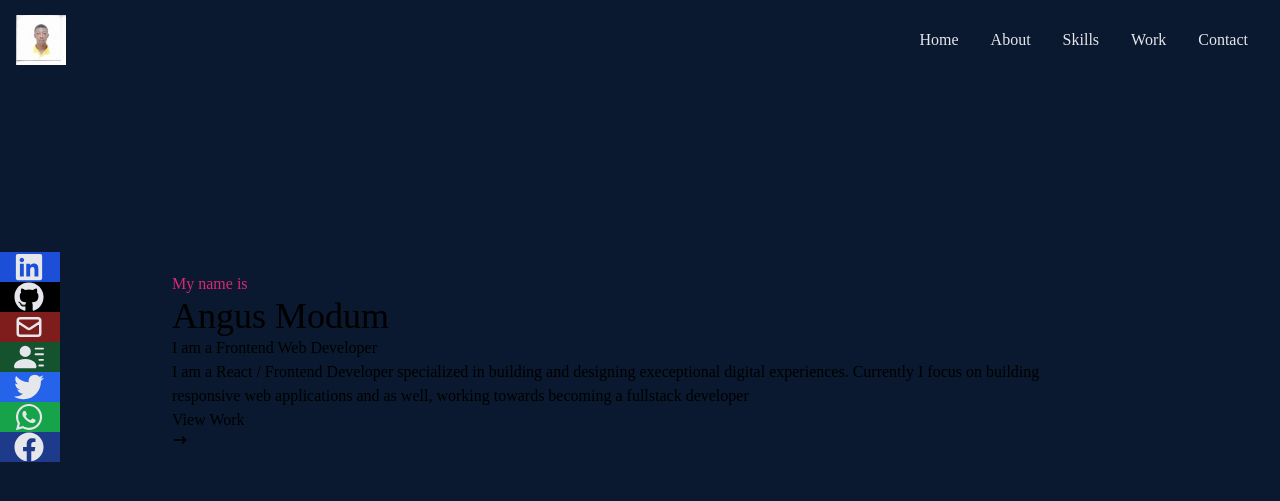
Repository: AngusOnyebuchi/Dashboard
Page: /
An editor plug-in stored every save of this project. The page is shown before and after the next save, followed by the edit.
The browser window is 1280 px wide. The pictures show the whole page.
The project was rebuilt for these pictures with package versions that can differ from the ones it lists, and the page was loaded fresh each time.

Above is the page before, as saved 2022-04-13 22:23:18.

### public/index.html
<!DOCTYPE html>
<html lang="en">
  <head>
    <meta charset="utf-8" />
    <link rel="icon" href="%PUBLIC_URL%/favicon.ico" />
    <meta name="viewport" content="width=device-width, initial-scale=1" />
    <meta name="theme-color" content="#000000" />
    <meta
      name="description"
      content="Web site created using create-react-app"
    />
    <link rel="apple-touch-icon" href="%PUBLIC_URL%/logo192.png" />
    <!--
      manifest.json provides metadata used when your web app is installed on a
      user's mobile device or desktop. See https://developers.google.com/web/fundamentals/web-app-manifest/
    -->
    <link rel="manifest" href="%PUBLIC_URL%/manifest.json" />
    <!--
      Notice the use of %PUBLIC_URL% in the tags above.
      It will be replaced with the URL of the `public` folder during the build.
      Only files inside the `public` folder can be referenced from the HTML.

      Unlike "/favicon.ico" or "favicon.ico", "%PUBLIC_URL%/favicon.ico" will
      work correctly both with client-side routing and a non-root public URL.
      Learn how to configure a non-root public URL by running `npm run build`.
    -->
    <title>Tenzies Game</title>
  </head>
  <body>
    <noscript>You need to enable JavaScript to run this app.</noscript>
    <div id="root"></div>
    <!--
      This HTML file is a template.
      If you open it directly in the browser, you will see an empty page.

      You can add webfonts, meta tags, or analytics to this file.
      The build step will place the bundled scripts into the <body> tag.

      To begin the development, run `npm start` or `yarn start`.
      To create a production bundle, use `npm run build` or `yarn build`.
    -->
  </body>
</html>

### src/index.js
import React from "react";
import ReactDOM from "react-dom";
import "./style.css"
import App from "./App";

ReactDOM.render(<App/>, document.getElementById("root"))

### src/style.css
@tailwind base;
@tailwind components;
@tailwind utilities;

@layer base {
    body{
        @apply font-[Railway];
    }
    li {
        @apply px-4;
        @apply cursor-pointer;
    }
}

### src/App.js
import React from "react";
import NavBar from "./components/NavBar"
import Home from "./components/Home"

export default function App() {
    return (
        <div>
          <NavBar/>
          <Home/>
        </div>
    )
}

### src/components/NavBar.js
import React, {useState} from "react";
import {FaBars, FaTimes, FaGithub, FaFacebook, FaTwitter, FaWhatsapp, FaLinkedin} from "react-icons/fa"
import {HiOutlineMail} from "react-icons/hi"
import {BsFillPersonLinesFill} from "react-icons/bs"
import Logo from "../images/passport.jpg"

export default function NavBar() {

  const [nav, setNav] = useState(true)
  const handleClick = () => setNav(!nav)
  return(
    <div className="fixed w-full h-[80px] flex justify-between items-center px-4 bg-[#0a192f] text-gray-200 ">

       <div>
          <img src={Logo} alt="Logo Image" style={{width: "50px"}}/>
       </div>

         {/* Menu */}
         <ul className="hidden md:flex">
            <li>Home</li>
            <li>About</li>
            <li>Skills</li>
            <li>Work</li>
            <li>Contact</li>
         </ul>

       {/* Hamburger */}
       <div onClick={handleClick} className="md:hidden z-10">
          {nav ? <FaBars/> : <FaTimes/>}
       </div>

       {/* Mobile menu*/}
       <ul className={nav ? "hidden" : "absolute top-0 left-0 w-full h-screen bg-inherit flex flex-col justify-center items-center md:hidden"}>
            <li className="py-6 text-4xl">Home</li>
            <li className="py-6 text-4xl">About</li>
            <li className="py-6 text-4xl">Skills</li>
            <li className="py-6 text-4xl">Work</li>
            <li className="py-6 text-4xl">Contact</li>
       </ul>

       {/**Social Icons */}
       <div className="hidden lg:flex fixed flex-col top-[35%] left-0">
         <ul>

           <li className="w-[160px] h-60px flex justify-between items-center ml-[-100px] hover:ml-[-10px] duration-300 bg-blue-700">
             <a className="flex justify-between items-center w-full text-gray-200 "
                href="/">
               LinkedIn <FaLinkedin size={30}/>
             </a>
           </li>

           <li className="w-[160px] h-60px flex justify-between items-center ml-[-100px] hover:ml-[-10px] duration-300 bg-black">
             <a className="flex justify-between items-center w-full text-gray-200 "
                href="/">
               Github <FaGithub size={30}/>
             </a>
           </li>

           <li className="w-[160px] h-60px flex justify-between items-center ml-[-100px] hover:ml-[-10px] duration-300 bg-red-900">
             <a className="flex justify-between items-center w-full text-gray-200 "
                href="/">
               Email <HiOutlineMail size={30}/>
             </a>
           </li>

           <li className="w-[160px] h-60px flex justify-between items-center ml-[-100px] hover:ml-[-10px] duration-300 bg-green-900">
             <a className="flex justify-between items-center w-full text-gray-200 "
                href="/">
               Resume <BsFillPersonLinesFill size={30}/>
             </a>
           </li>

           <li className="w-[160px] h-60px flex justify-between items-center ml-[-100px] hover:ml-[-10px] duration-300 bg-blue-600">
             <a className="flex justify-between items-center w-full text-gray-200 "
                href="/">
               Twitter <FaTwitter size={30}/>
             </a>
           </li>

           <li className="w-[160px] h-60px flex justify-between items-center ml-[-100px] hover:ml-[-10px] duration-300 bg-green-600">
             <a className="flex justify-between items-center w-full text-gray-200 "
                href="/">
               Whatsapp <FaWhatsapp size={30}/>
             </a>
           </li>

           <li className="w-[160px] h-60px flex justify-between items-center ml-[-100px] hover:ml-[-10px] duration-300 bg-blue-900">
             <a className="flex justify-between items-center w-full text-gray-200 "
                href="/">
               Facebook <FaFacebook size={30}/>
             </a>
           </li>

         </ul>
       </div>

    </div>
  )
}

### src/components/Home.js
import React from "react";
import { HiArrowNarrowRight} from "react-icons/hi"

export default function Home() {
    return (
        <div name="home" className="w-full h-screen bg-[#0a192f] ">

            {/** Container */}
            <div className="max-w-[1000px] mx-auto px-8 flex flex-col justify-center h-full">
               <p className="text-pink-600">My name is</p>
               <h1 className="text-4xl">Angus Modum</h1>
               <h2>I am a Frontend Web Developer </h2>
               <p>I am a React / Frontend Developer specialized in building and designing execeptional digital experiences. Currently I focus on building responsive web applications and as well, working towards becoming a fullstack developer</p>
               <div>
                   <button>View Work <HiArrowNarrowRight/> </button>
               </div>
            </div>
        </div>
    )
}

Loaded but not shown: tailwind.config.js (common file)

After the next save:
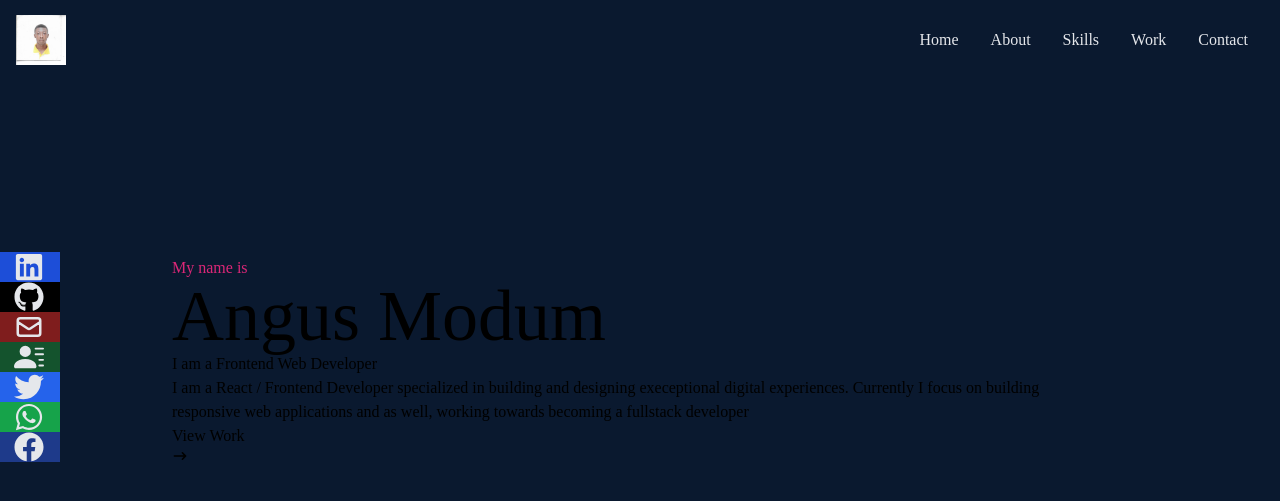
Saved 39 s later.
--- a/src/components/Home.js
+++ b/src/components/Home.js
@@ -8,7 +8,7 @@ export default function Home() {
             {/** Container */}
             <div className="max-w-[1000px] mx-auto px-8 flex flex-col justify-center h-full">
                <p className="text-pink-600">My name is</p>
-               <h1 className="text-4xl">Angus Modum</h1>
+               <h1 className="text-4xl sm:text-7xl">Angus Modum</h1>
                <h2>I am a Frontend Web Developer </h2>
                <p>I am a React / Frontend Developer specialized in building and designing execeptional digital experiences. Currently I focus on building responsive web applications and as well, working towards becoming a fullstack developer</p>
                <div>
